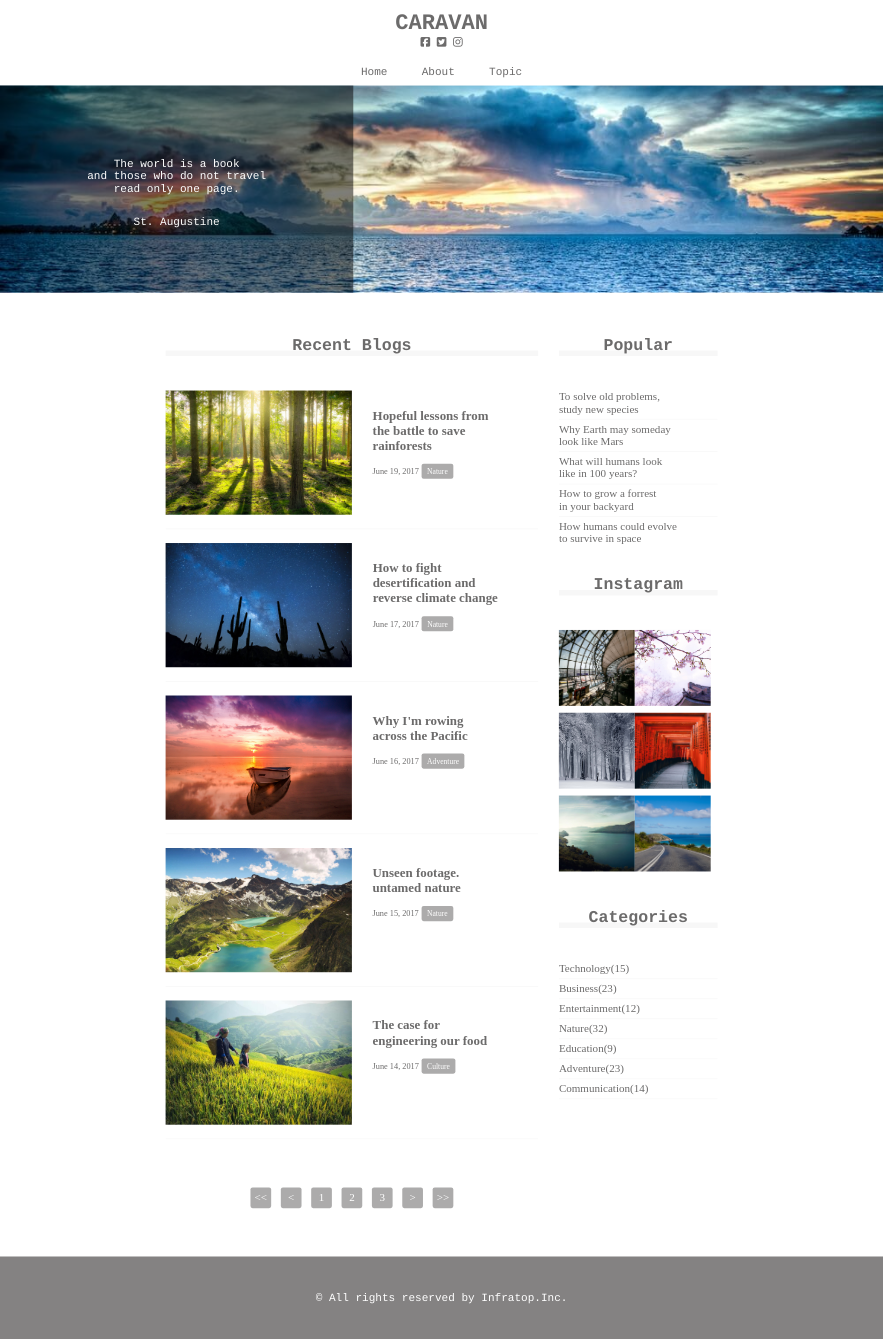
Repository: chihuyu3369/curriculum
Page: caravan/index.html
The author's editor kept a record of every edit. The page is drawn from the files as they stood at one moment, then again after the next edit.
The browser window is 1280 px wide. The pictures show the whole page, at 69% of full size.
Some web libraries are served in a nearby version.

Above is the page before.

### caravan/index.html
<html lang="ja">
  <head>
    <meta charset="UTF-8" />
    <!-- CSSファイルの読み込み -->

    <script src="https://kit.fontawesome.com/745cec52c4.js" crossorigin="anonymous"></script>
    <link rel="stylesheet" href="style.css" />
    <title>CARAVAN</title>
  </head>

  <body>
    <header>
      <h1 class="heading">
        <a href="index.html">
          CARAVAN
        </a>
      </h1>
       <div class="social"></div>

        <i class="fab fa-facebook-square"></i>
        <i class="fab fa-twitter-square"></i>
        <i class="fab fa-instagram"></i>
      </div>
    </header>

    <nav>
      <ul class="nav-list">
        <li class="nav-list-item">
          <a href="index.html">Home</a>
        </li>
          <li class="nav-list-item">About</li>
        <li class="nav-list-item">Topic</li>
      </ul>
    </nav>

    <div class="main-visual">
      <div class="main-visual-content">

    <p class="main-visual-text">
      The world is a book<br />
      and those who do not travel<br />
      read only one page.
    </p>
    <p class="main-visual-name">
      St. Augustine
    </p>
    </div>
  </div>

   <main>
     <section class="blog">
       <h2 class="blog-heading">Recent Blogs</h2>
      <div class="blog-box">
       <div class="blog-item">
         <img class="blog-image" src="img/forest.jpg">
         <section class="blog-text">
           <h3 class="blog-text-heading">
             <a href="single.html">
               Hopeful lessons from<br>
               the battle to save<br>
               rainforests
              </a>
            </h3>
            <p class="blog-date">June 19, 2017</p>
            <span class="category">Nature</span>
          </section>
        </div>
       <div class="blog-item">
         <img class="blog-image" src="img/desert.jpg">
         <section class="blog-text">
           <h3 class="blog-text-heading">
             <a href="single.html">
               How to fight<br>
               desertification and<br>
               reverse climate change
              </a>
            </h3>
            <p class="blog-date">June 17, 2017</p>
            <span class="category">Nature</span>
          </section>
        </div>
       <div class="blog-item">
         <img class="blog-image" src="img/sunset.jpg">
         <section class="blog-text">
           <h3 class="blog-text-heading">
             <a href="single.html">
               Why I'm rowing<br>
               across the Pacific
              </a>
            </h3>
            <p class="blog-date">June 16, 2017</p>
            <span class="category">Adventure</span>
          </section>
          </div>
       <div class="blog-item">
         <img class="blog-image" src="img/italy.jpg">
         <section class="blog-text">
           <h3 class="blog-text-heading">
             <a href="single.html">
               Unseen footage.<br>
               untamed nature
              </a>
            </h3>
            <p class="blog-date">June 15, 2017</p>
            <span class="category">Nature</span>
          </section>
          </div>
       <div class="blog-item">
         <img class="blog-image" src="img/asia.jpg">
         <section class="blog-text">
           <h3 class="blog-text-heading">
             <a href="single.html">
               The case for<br>
               engineering our food
              </a>
            </h3>
            <p class="blog-date">June 14, 2017</p>
            <span class="category">Culture</span>
          </section>
          </div>
         </div>
          <div class="pagination">
            <p><<</p>
            <p><</p>
            <p>1</p>
            <p>2</p>
            <p>3</p>
            <p>></p>
            <p>>></p>
          </div>
     </section>
     <div class="sidebar">
       <section class="popular">
         <h2 class="popular-heading common-heading">Popular</h2>
         <div class="sidebar-contents">
           <p class="popular-text">To solve old problems,<br>
           study new species</p>
           <p class="popular-text">Why Earth may someday<br>
           look like Mars</p>
           <p class="popular-text">What will humans look<br>
           like in 100 years?</p>
           <p class="popular-text">How to grow a forrest<br>
           in your backyard</p>
           <p class="popular-text">How humans could evolve<br>
           to survive in space</p>
          </div>
        </section>
        <section class="instagram">
          <h2 class="instagram-heading common-heading">Instagram</h2>
          <div class="sidebar-contents">
            <div class="instagram-box"></div>
            <div class="instagram-box"></div>
            <div class="instagram-box"></div>
            <div class="instagram-box"></div>
            <div class="instagram-box"></div>
            <div class="instagram-box"></div>
          </div>
        </section>
        <section class="categories">
          <h2 class="categories-heading common-heading">Categories</h2>
          <div class="sidebar-contents">
            <p class="categories-text">Technology(15)</p>
            <p class="categories-text">Business(23)</p>
            <p class="categories-text">Entertainment(12)</p>
            <p class="categories-text">Nature(32)</p>
            <p class="categories-text">Education(9)</p>
            <p class="categories-text">Adventure(23)</p>
            <p class="categories-text">Communication(14)</p>
          </div>
        </section>
      </div>
    </main>

    <!-- footer -->
    <footer>
      <p class="footer-text">© All rights reserved by Infratop.Inc.</p>
    </footer>
  </body>
</html>

### caravan/style.css
* {
  margin: 0;
  padding: 0;
  box-sizing: border-box;
  color: #6c6b6b;
}

a {
  text-decoration: none;
}

header,nav,h2,.main-visual,footer {
  font-family: Chalkduster, "Bradley Hnnd", Courier, "Segoe Print", sans-serif;
}

header {
  width: 90%; /* 横幅90% */
  padding: 15px 0;
  margin: 0 auto;
  text-align: center;
  position: relative;
}

.social i {
  display: inline-block;
  margin-left: 20px;
}

.social {
  position: absolute;
  top: 22px;
  right: 22px;
}

header .heading { /* headerタグ内のheadingクラスにのみ反映される */
  font-size: 32px;
}

.nav-list {
  text-align: center;
  padding: 10px 0;
  margin: 0 auto;
}

.nav-list-item {
  list-style: none;
  display: inline-block;
  margin: 0 20px;
}

.main-visual {
  width: 100%; /* 横幅いっぱい */
  height: 300px; /* 高さ300px */
  background-image: url(img/mv.jpg);
  background-size:cover;
  background-position:center;
}

.main-visual-content {
  width: 40%; /* 横幅350px */
  height: 300px; /* 親の高さに揃える */
  background-color: rgba(0,0,0,0.5);
  text-align:center;
  padding-top:105px;
}

.main-visual-text {
  color:#fff;
}

.main-visual-name {
  margin-top:30px;
  color:#fff;
}

main {
  width:800px;
  display: flex;
  justify-content: center;
  margin: 0 auto;
  padding: 70px 0;
}

.blog {
  width:540px;
  margin-right:30px;
}

.blog-heading {
  border-bottom:8px solid #f7f7f7;
  text-align: center;
  line-height:0.6;
}

.blog-box {
  padding-top: 50px;
}

.blog-item {
  padding-bottom:20px;
  margin-bottom:20px;
  border-bottom:1px solid #f7f7f7;
  display: flex;
  justify-content: flex-start;
}

.blog-image {
  height:180px;
}

.blog-text {
  padding: 25px 0 0 30px;
}

.blog-text-heading {
  padding-bottom: 15px;
}
.blog-date {
  font-size:12px;
  display: inline-block;
}
.category {
  display:inline-block;
  padding:5px 8px;
  background-color:#acabab;
  border-radius:3px;
  color:#fff;
  font-size:11px;
}

.pagination {
  text-align: center;
  padding-top: 50px;
}

.pagination p {
  display: inline-block;
  width: 30px;
  height: 30px;
  margin: 0 5px;
  color: #fff;
  background-color: #acabab;
  border-radius: 3px;
  line-height: 30px;
}

.sidebar {
 width:230px;
}

.common-heading {
  border-bottom: 8px solid #f7f7f7;
  text-align:center;
  line-height:0.6;
}

.sidebar-contents {
  padding:50px 0;
}

.popular-text,
.categories-text {
  padding-bottom:5px;
  border-bottom: 1px solid #f7f7f7;
  margin-bottom: 5px;
}

.popular-text:last-child,
categories-text:last-child {
  margin: 0;
  padding: 0;
  border: none;
}

.instagram .sidebar-contents {
  display: flex;
  flex-wrap: wrap;
}

.instagram-box {
  width: 110px;
  padding-top: 110px;
  background-size: cover;
  background-position: center;
  margin-bottom: 10px;
}

.instagram-box:nth-chils(odd) {
  margin: 0 10px 10px 0;
}

.instagram-box:nth-child(1) {
  background-image: url(img/airport.jpg);
}

.instagram-box:nth-child(2) {
  background-image: url(img/japan.jpg)
}

.instagram-box:nth-child(3) {
  background-image: url(img/snow.jpg);
}

.instagram-box:nth-child(4) {
  background-image: url(img/japan2.jpg);
}

.instagram-box:nth-child(5) {
  background-image: url(img/lake.jpg);
}

.instagram-box:nth-child(6) {
  background-image: url(img/road.jpg);
}



footer {
  width: 100%;
  height: 120px;
  text-align: center;
  line-height: 120px;
  background-color: #848282;
}

.footer-text {
  color: #fff;
}

@media screen and (max-width: 425px) {
  header {
    width:100%;
  }

  .nav-list {
    width:100%;
  }

  .nav-list-item {
    width:100%;
    margin: 0 0 10px 0;
  }

  .main-visual {
    width:100%;
  }

  .main-visual-content {
    width:100%;
  }

  .social {
    display: none;
  }

  main {
    width:100%;
    display:block;
  }

  .blog-heading {
    width: 100%;
    margin-left: 100px;
  }

  .blog {
    width:50%;
    margin: 0;
  }

  .blog-box {
    padding-left: 5px;
    padding-right: 5px;
  }

  .category {
    display: none;
  }

  .blog-text {
    width: 50%;
    padding-top: 5px;
    font-size: 13px;
  }

  .blog-image {
    width:200px;
  }

  .sidebar-contents {
    padding-left: 3%;
    padding-right: 3%;
  }

  .instagram-box {
    width: 48%;
    padding-top: 48%;
  }

  .instagram-box:nth-child(odd) {
    margin-right: 4%;
  }

  .pagination {
    margin-bottom: 50px;
  }

  .instagram {
    width: 100%;
    margin-left: 100px;
  }


  .categories {
    width: 100%;
    margin-left: 100px;
  }
}

After the next edit:
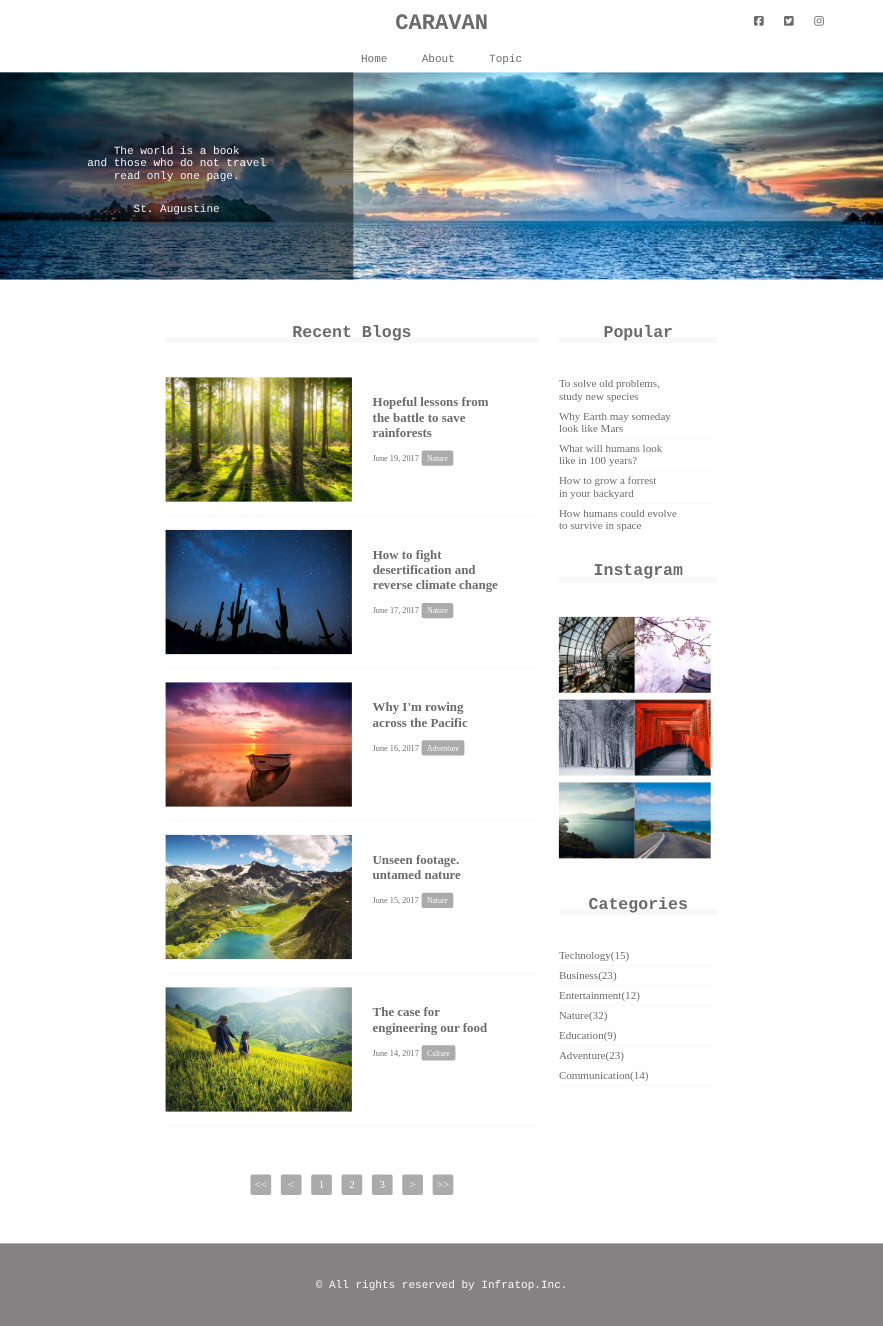
The edit:
--- a/caravan/index.html
+++ b/caravan/index.html
@@ -15,7 +15,7 @@
           CARAVAN
         </a>
       </h1>
-       <div class="social"></div>
+       <div class="social">
 
         <i class="fab fa-facebook-square"></i>
         <i class="fab fa-twitter-square"></i>
